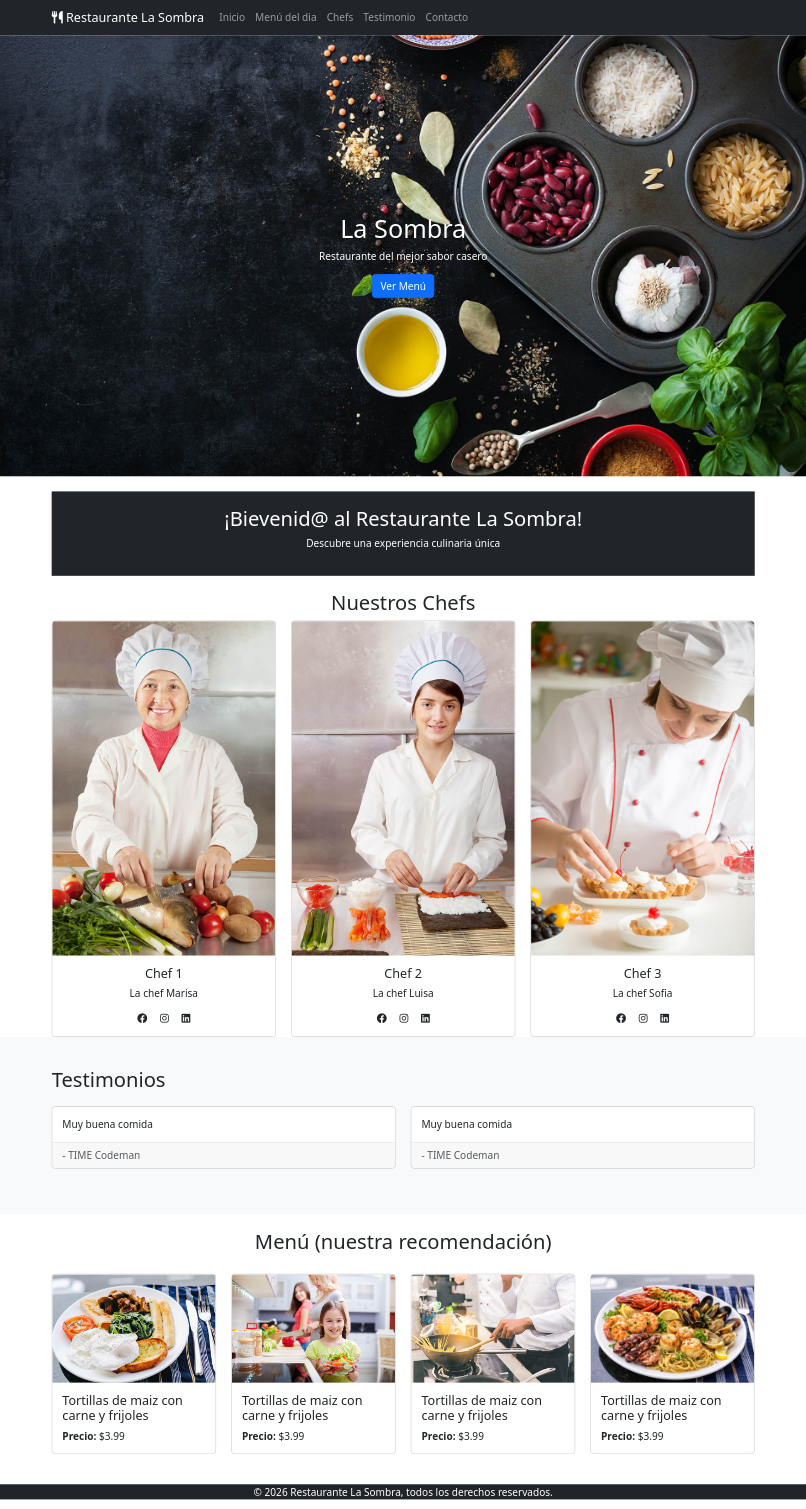
Repository: salextros/Restaurant-Project-PHP-MySQL
Page: http://localhost/restaurant/index.php
These files come from the project's save history. The page is drawn as it stood at one moment and after the next save; the edit follows.
The browser window is 1280 px wide. The pictures show the whole page, at 63% of full size.
The page is run by PHP 8.4 with error messages shown; the project is at /var/www/html/.

Above is the page before, as saved 2026-01-17 13:49:38.

After the next save:
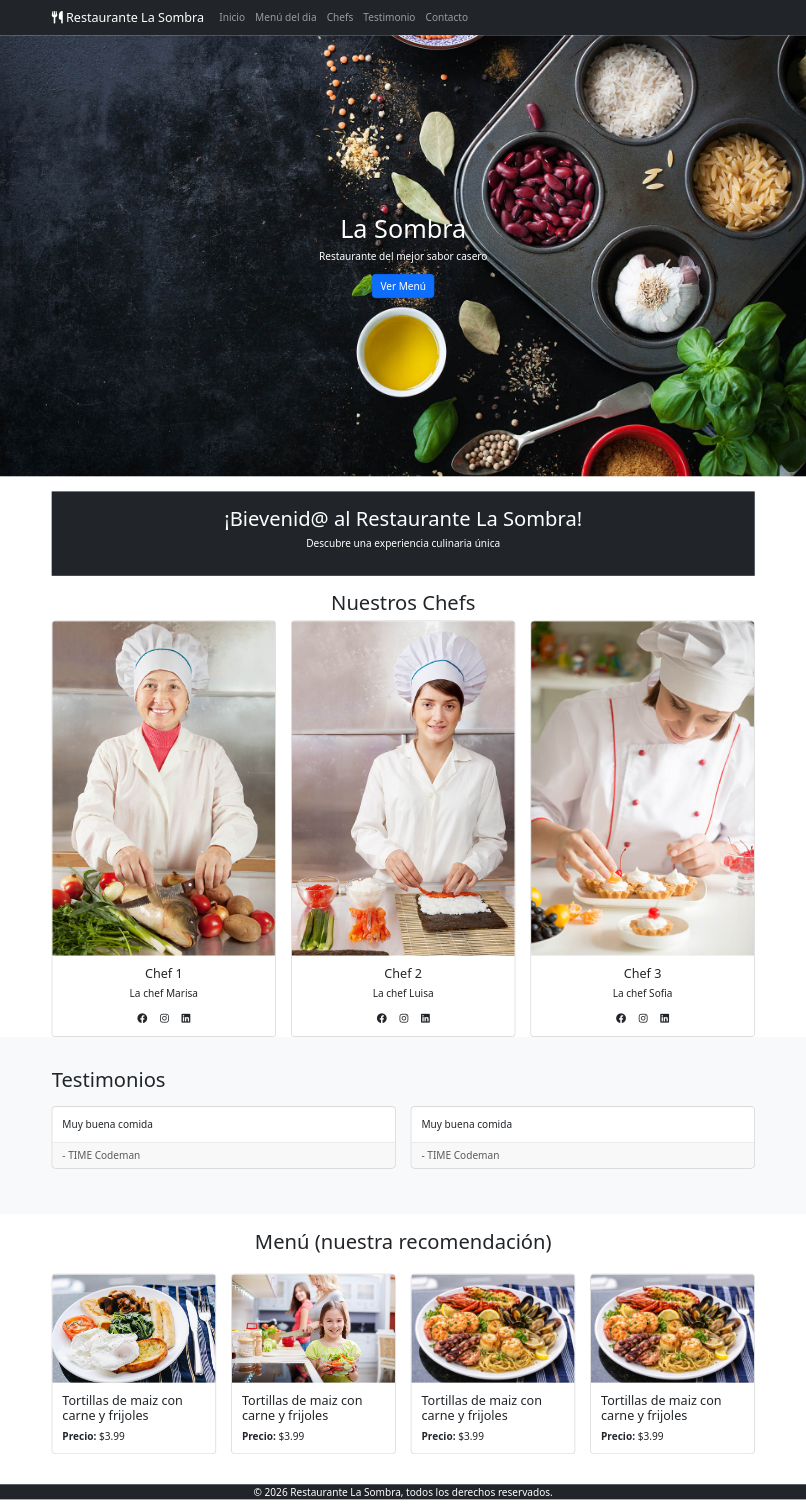
Saved 26 min 11 s later.
--- a/restaurant/index.php
+++ b/restaurant/index.php
@@ -210,7 +210,7 @@
 
             <div class="col d-flex">
                 <div class="card">
-                    <img src="images/menu/menu-image3.jpg" alt="Tortillas de maiz con carne y frijoles negros" class="card-img-top">
+                    <img src="images/menu/menu-image4.jpg" alt="Tortillas de maiz con carne y frijoles negros" class="card-img-top">
                     <div class="card-body">
                         <h5 class="card-title"> Tortillas de maiz con carne y frijoles </h5>
                         <p class="card-text"><strong> Precio: </strong> $3.99 </p>

After the save that followed:
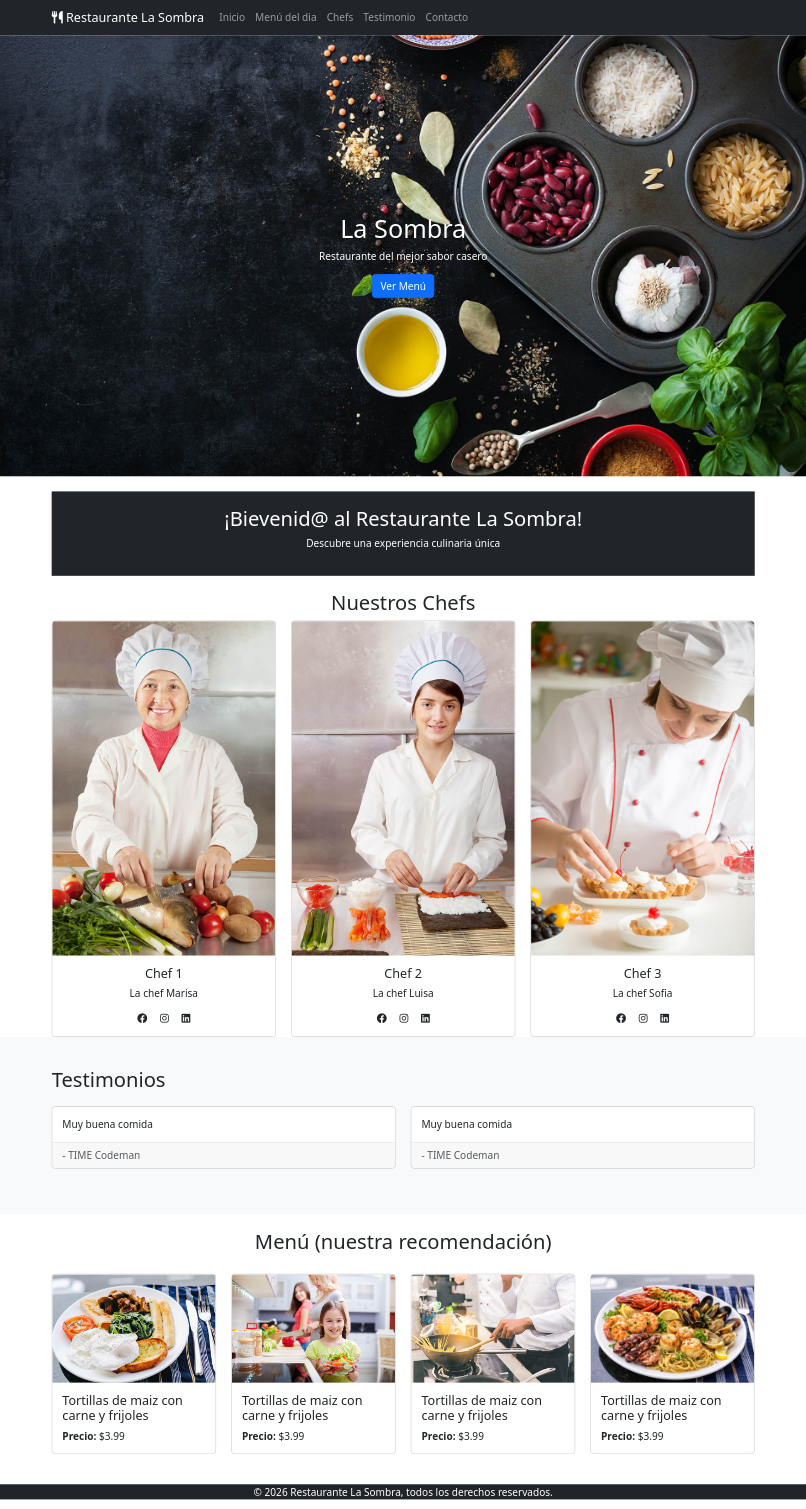
Saved 6 min 52 s later.
--- a/restaurant/index.php
+++ b/restaurant/index.php
@@ -210,7 +210,7 @@
 
             <div class="col d-flex">
                 <div class="card">
-                    <img src="images/menu/menu-image4.jpg" alt="Tortillas de maiz con carne y frijoles negros" class="card-img-top">
+                    <img src="images/menu/menu-image3.jpg" alt="Tortillas de maiz con carne y frijoles negros" class="card-img-top">
                     <div class="card-body">
                         <h5 class="card-title"> Tortillas de maiz con carne y frijoles </h5>
                         <p class="card-text"><strong> Precio: </strong> $3.99 </p>
